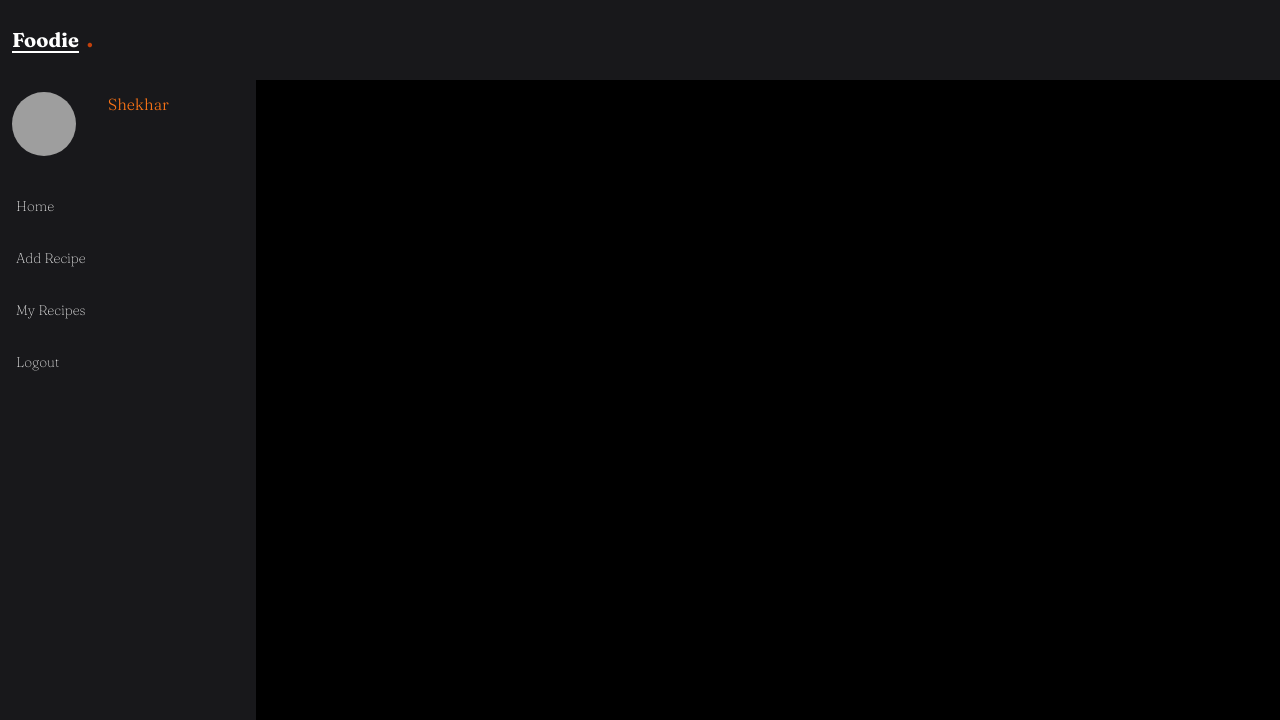
Repository: chandra11148/Foodie
Page: /dashboard (app in Frontend/)
The author's editor kept a copy of each file at every save. The page is drawn from the files as they stood at one save, then again after the next save.
The browser window is 1280 px wide. The pictures show the whole page.
Pictures or frames that could not be fetched are drawn as grey boxes. The page's requests for data from a server got no answer. An inner scrolling area shows only its first screen. The project was rebuilt for these pictures with package versions that can differ from the ones it lists, and the page was loaded fresh each time. No one was signed in, and anything a server would have sent is missing. Also part of the build but not shown: Frontend/vite.config.ts, Frontend/src/components/form.tsx, Frontend/src/components/input.tsx, Frontend/src/utils/validate-email.ts, Frontend/src/utils/index.ts, Frontend/src/pages/Landing/index.tsx.

Above is the page before, as saved 2024-02-25 18:48:02.

After the next save:
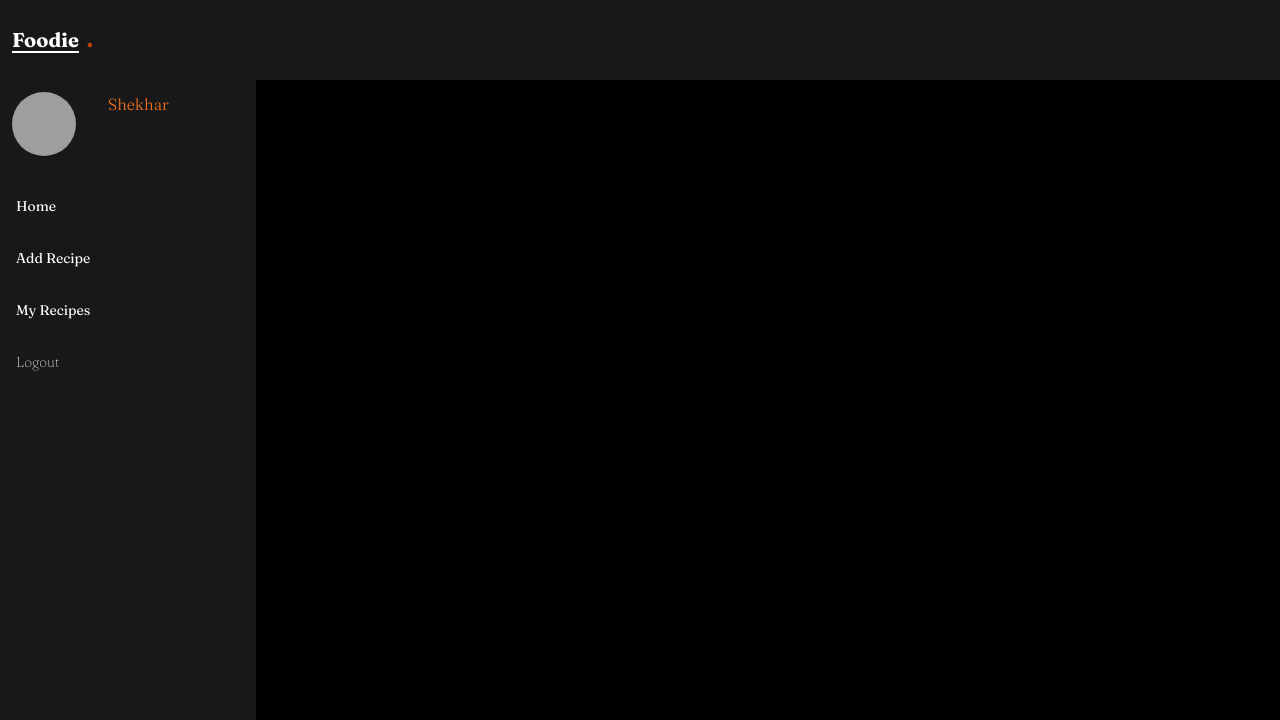
Saved 47 s later.
--- a/Frontend/src/layouts/dashboard.tsx
+++ b/Frontend/src/layouts/dashboard.tsx
@@ -49,8 +49,8 @@ export const DashboardLayout = () => {
               to={to}
               className={({ isActive }) =>
                 isActive && pathname === to
-                  ? "text-white font-thin text-sm bg-orange-500 p-4"
-                  : "text-white font-thin text-sm hover:bg-orange-500 p-4"
+                  ? "text-white text-sm bg-orange-500 p-4"
+                  : "text-white text-sm hover:bg-orange-500 p-4"
               }
             >
               {name}
